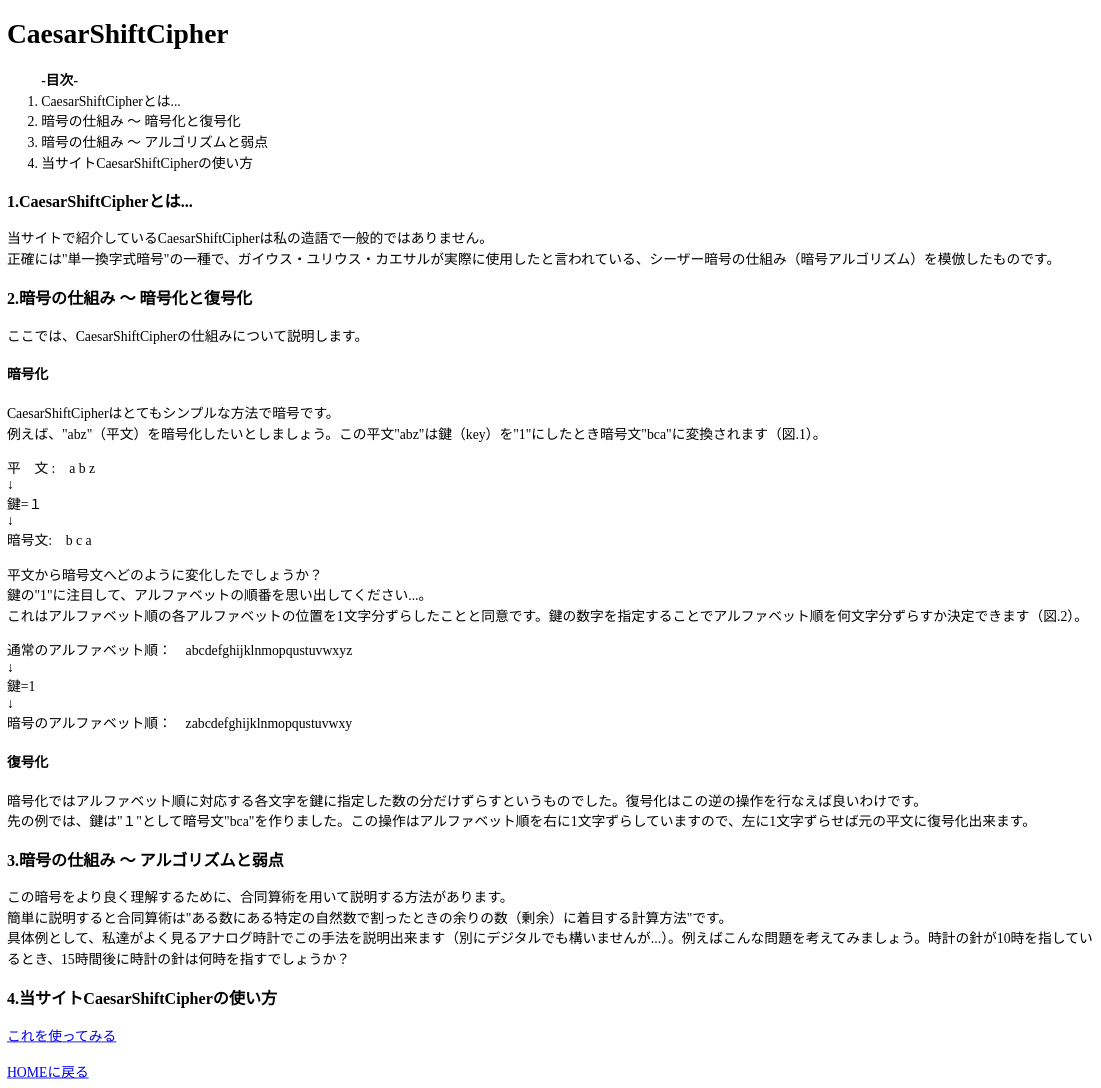
Repository: RantaWatari/TEST
Page: http://localhost/CipherProject/CipherMore?page=1
The author's editor kept a copy of each file at every save. The page is drawn from the files as they stood at one save, then again after the next save.
The browser window is 1280 px wide. The pictures show the whole page, at 86% of full size.
The page is served by Tomcat 9.

Above is the page before, as saved 2017-07-25 06:48:26.

After the next save:
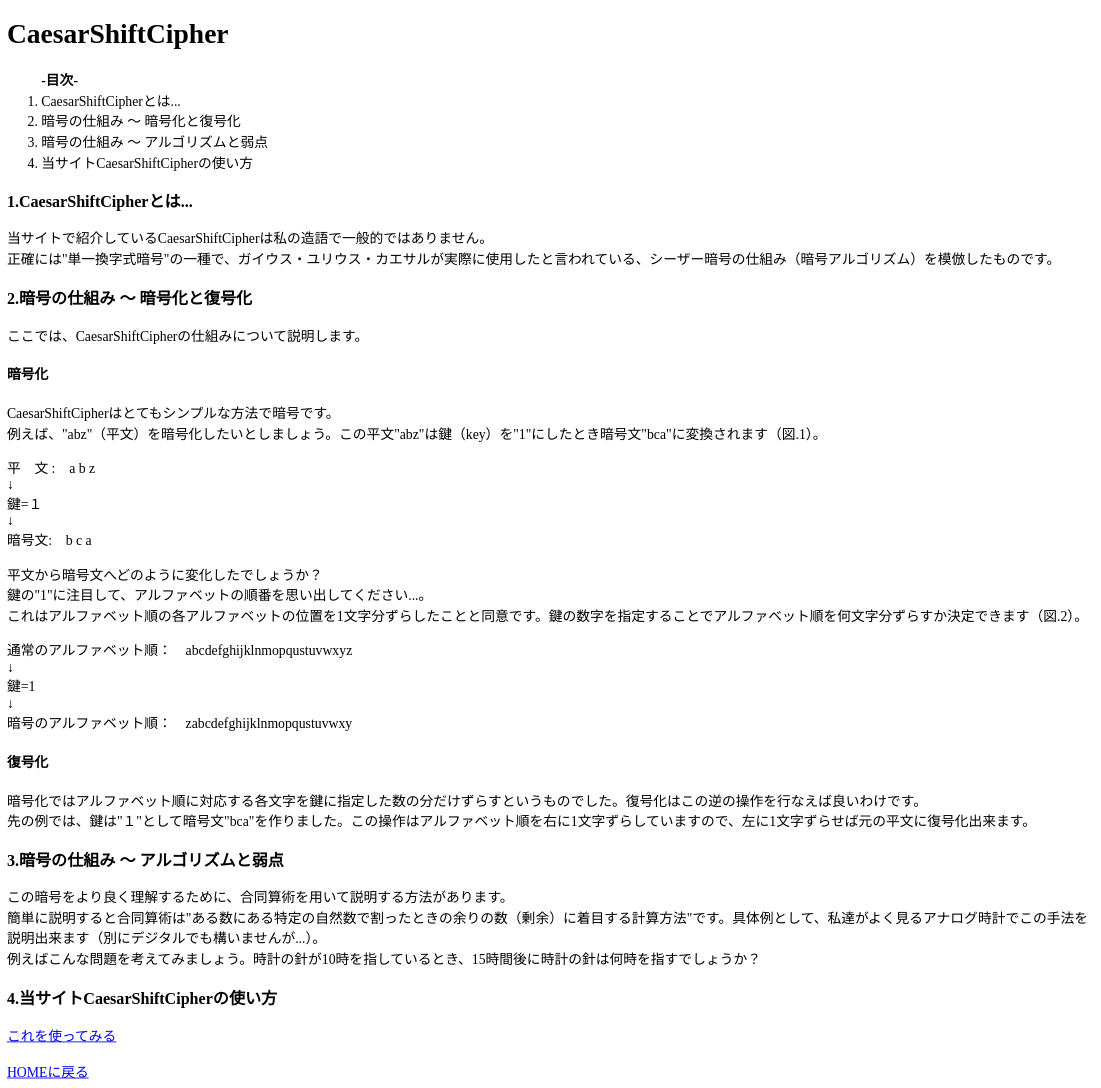
Saved 24 s later.
--- a/CipherProject/WebContent/WEB-INF/jsp/CaesarShiftCipher.jsp
+++ b/CipherProject/WebContent/WEB-INF/jsp/CaesarShiftCipher.jsp
@@ -34,8 +34,7 @@
 			先の例では、鍵は"１"として暗号文"bca"を作りました。この操作はアルファベット順を右に1文字ずらしていますので、左に1文字ずらせば元の平文に復号化出来ます。</p>
 <h3>3.暗号の仕組み ～ アルゴリズムと弱点</h3>
 	<p>この暗号をより良く理解するために、合同算術を用いて説明する方法があります。<br>
-		簡単に説明すると合同算術は"ある数にある特定の自然数で割ったときの余りの数（剰余）に着目する計算方法"です。<br>
-		具体例として、私達がよく見るアナログ時計でこの手法を説明出来ます（別にデジタルでも構いませんが...）。例えばこんな問題を考えてみましょう。時計の針が10時を指しているとき、15時間後に時計の針は何時を指すでしょうか？</p>
+		簡単に説明すると合同算術は"ある数にある特定の自然数で割ったときの余りの数（剰余）に着目する計算方法"です。具体例として、私達がよく見るアナログ時計でこの手法を説明出来ます（別にデジタルでも構いませんが...）。<br>例えばこんな問題を考えてみましょう。時計の針が10時を指しているとき、15時間後に時計の針は何時を指すでしょうか？</p>
 
 <h3>4.当サイトCaesarShiftCipherの使い方</h3>
 	<p></p>
